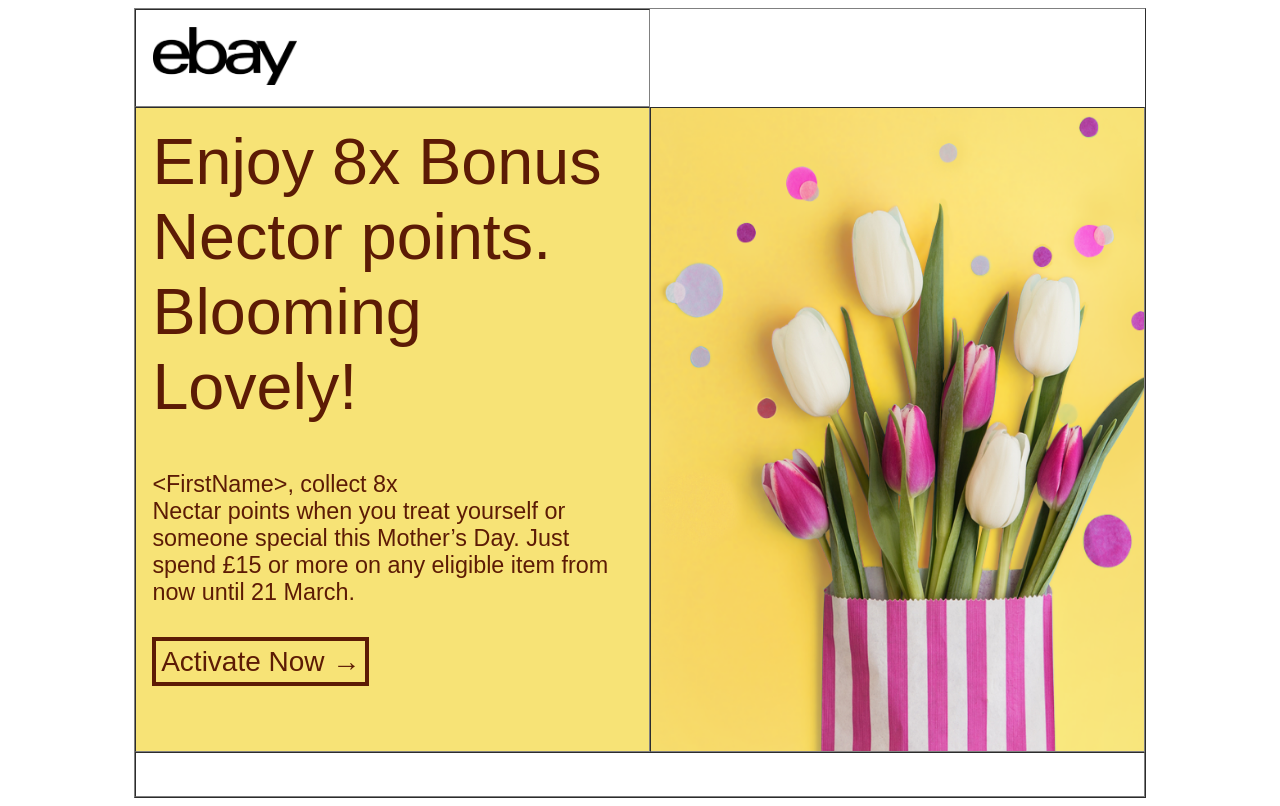
Repository: AnkurDevv/feed-dev-test
Page: index.html
These files come from the project's save history. The page is drawn as it stood at one moment and after the next save; the edit follows.
The browser window is 1280 px wide. The pictures show the whole page.

Above is the page before, as saved 2020-03-29 02:07:47.

### index.html
<!DOCTYPE html>
<!--[if lt IE 7]>      <html class="no-js lt-ie9 lt-ie8 lt-ie7"> <![endif]-->
<!--[if IE 7]>         <html class="no-js lt-ie9 lt-ie8"> <![endif]-->
<!--[if IE 8]>         <html class="no-js lt-ie9"> <![endif]-->
<!--[if gt IE 8]><!-->
<html>
<!--<![endif]-->

<head>
  <meta charset="utf-8">
  <meta http-equiv="X-UA-Compatible" content="IE=edge">
  <title></title>
  <meta name="description" content="">
  <meta name="viewport" content="width=device-width, initial-scale=1">
  <link rel="stylesheet" href="./style/index.css">
</head>

<body>
  <table border="1" cellpadding="0" cellspacing="0" height="100%" width="80%" id="bodyTable">

    <!-- HEADER ROW - START  -->
    <tr>
      <td>
        <table cellpadding="5" cellspacing="12" width="100%" align="left" border="0" id="EmailHeader">
          <tr>
            <td valign="middle" id="EmailHeading">
              <img src="img/logo.png" alt="ebay-logo" id="ebay-logo">
            </td>
          </tr>
        </table>
      </td>
    </tr>
    <!-- HEADER ROW - START  -->

    <!-- HERO BODY - START  -->
    <tr cellpadding="4" cellspacing="12" width="100%" border="1" id="HeroBodyWrapper">

      <!-- HERO CONTENT -START -->
      <td id="heroContentWrapper">
        <table cellpadding="4" cellspacing="12" width="100%" align="left" border="0" id="heroContent">
          <!-- HERO MAIN HEADLINE - START -->
          <tr>
            <td id="heroMainHeading">
              Enjoy 8x Bonus Nector points.
              Blooming
              Lovely!
            </td>
          </tr>
          <!-- HERO MAIN HEADLINE - END -->

          <!-- HERO SUB-HEADING - START -->
          <tr>
            <td id="heroSubHeading">
              &lt;FirstName&gt;, collect 8x </br> Nectar points when you treat yourself or someone special this Mother’s
              Day.
              Just
              spend £15 or more on any eligible item from now until 21 March.
            </td>
          </tr>
          <!-- HERO SUB-HEADING - END -->

          <!-- HERO CTA - START -->
          <tr id="heroCTAContainer">
            <td>
              <button id="heroCTA">
                Activate Now <strong>&rarr;</strong>
              </button>
            </td>
          </tr>
          <!-- HERO CTA - END -->

          <!-- HERO IMAGE AT 480PX - START -->
          <tr style="display: none;">
            <td>
              <!-- FOR SMALL SCREENS IMAGE WILL SHOW HERE -->
            </td>
          </tr>
          <!-- HERO IMAGE AT 480PX - END -->
        </table>
      </td>
      <!-- HERO CONTENT - END -->

      <!-- HERO SECTION IMAGE FOR DESKTOP - START -->
      <td id="HeroImageContainer">
        <!-- <img src="img/HeroDesktopBg.png" alt="flower pot image" id="HeroDesktopBg"> -->
      </td>
      <!-- HERO SECTION IMAGE FOR DESKTOP - END -->

      <!-- HERO BODY - END  -->

      <!-- HERO & EVERDAY ESSENTIALS DIVIDER - START -->
    <tr id="dividerContainer">
      <td id="divRibbion" colspan="2">
        <!-- RECTANGLE 1 -->
        <div id="divCol1">

        </div>
        <!-- RECTANGLE 2 -->
        <div id="divCol2">

        </div>
        <!-- RECTANGLE 3 -->
        <div id="divCol1">

        </div>
      </td>
    </tr>
    <!-- HERO & EVERDAY ESSENTIALS DIVIDER - END -->
  </table>

  <script src="" async defer></script>
</body>

</html>

### style/index.css
/* HEADER CSS - START */

#bodyTable{
  margin-left: 10%;
  margin-right: 10%;
}

#ebay-logo{
  width: 30%;
}
/* HEADER CSS - END */

/* HERO BODY CSS - START */
#heroContentWrapper{
  background-color: #f7e376;
}

#heroMainHeading{
  color: #5c1b05!important;
  font-size: 404%;
  font-family: sans-serif;
  padding-bottom: 6%;
}

#heroSubHeading{
  color: #5c1b05!important;
  font-family: sans-serif;
  font-size: 146%;
  padding-bottom: 3%;
}

#HeroImageContainer{
  padding: 0;
  width: 49%;
  background-image:url('/img/HeroDesktopBg.png');
  background-size: 100% 100%;
  background-repeat: no-repeat;
}

#HeroDesktopBg{
  width: 100%;
  height: 100%;
  display: block; /*otherwise it wont occupy the whole container*/
}

#heroCTA{
  border: 4px solid #5c1b05;
  color: #5c1b05;
  background: #f7e376;
  font-family: sans-serif;
  font-size: 175%;
  padding: 1%;
  margin-bottom: 10%;
}
/* HERO BODY CSS - END */

/* HERO DIVIDER CSS - START */
#dividerContainer{
  height: 45px;
}

#divCol1{
  background-color: #ff8559;
  width: 53%;
}
#divCol2{
  background-color: #f7b100;
  width: ;
}
#divCol3{
  background-color: #fbcd25;
}
/* HERO DIVIDER CSS - END */

/* MAKING EMAIL RESPONSIVE CSS - START */

/* MAKING EMAIL RESPONSIVE CSS - END */

After the next save:
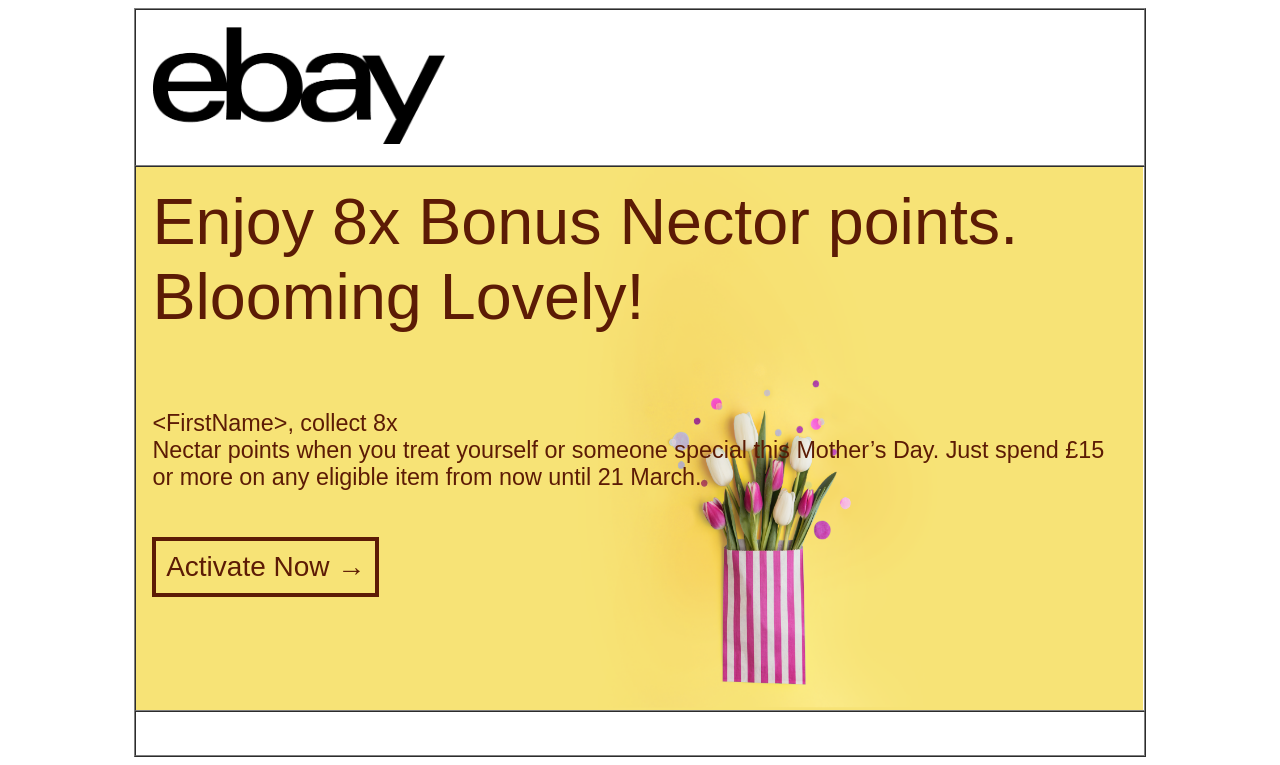
Saved 116 s later.
--- a/style/index.css
+++ b/style/index.css
@@ -12,7 +12,10 @@
 
 /* HERO BODY CSS - START */
 #heroContentWrapper{
-  background-color: #f7e376;
+  /* background-color: #f7e376; */
+  background-image:url('/img/orignalbackground.png');
+  background-size: 100% 100%;
+  background-repeat: no-repeat;
 }
 
 #heroMainHeading{
@@ -32,9 +35,10 @@
 #HeroImageContainer{
   padding: 0;
   width: 49%;
-  background-image:url('/img/HeroDesktopBg.png');
+  /* background-image:url('/img/HeroDesktopBg.png');
   background-size: 100% 100%;
-  background-repeat: no-repeat;
+  background-repeat: no-repeat; */
+  display: none;
 }
 
 #HeroDesktopBg{
